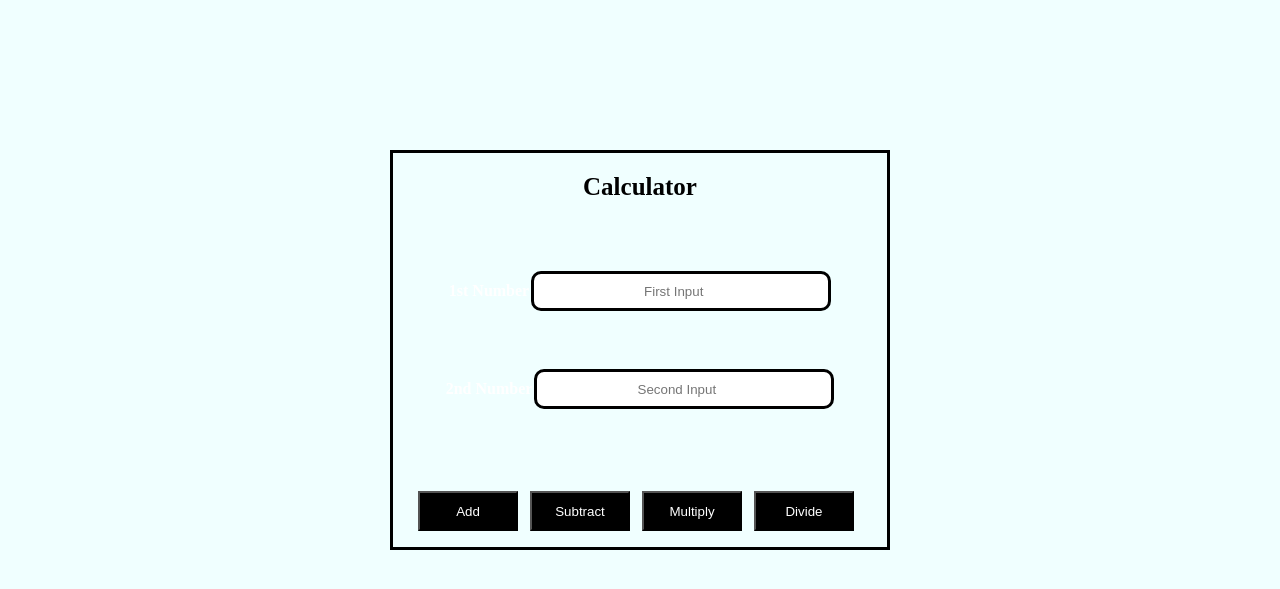
Repository: Shreyash1107/Intern_Projects
Page: Calculator/src/main/webapp/Calculator.html
The author's editor kept a copy of each file at every save. The page is drawn from the files as they stood at one save, then again after the next save.
The browser window is 1280 px wide. The pictures show the whole page.

Above is the page before, as saved 2024-07-03 11:15:40.

After the next save:
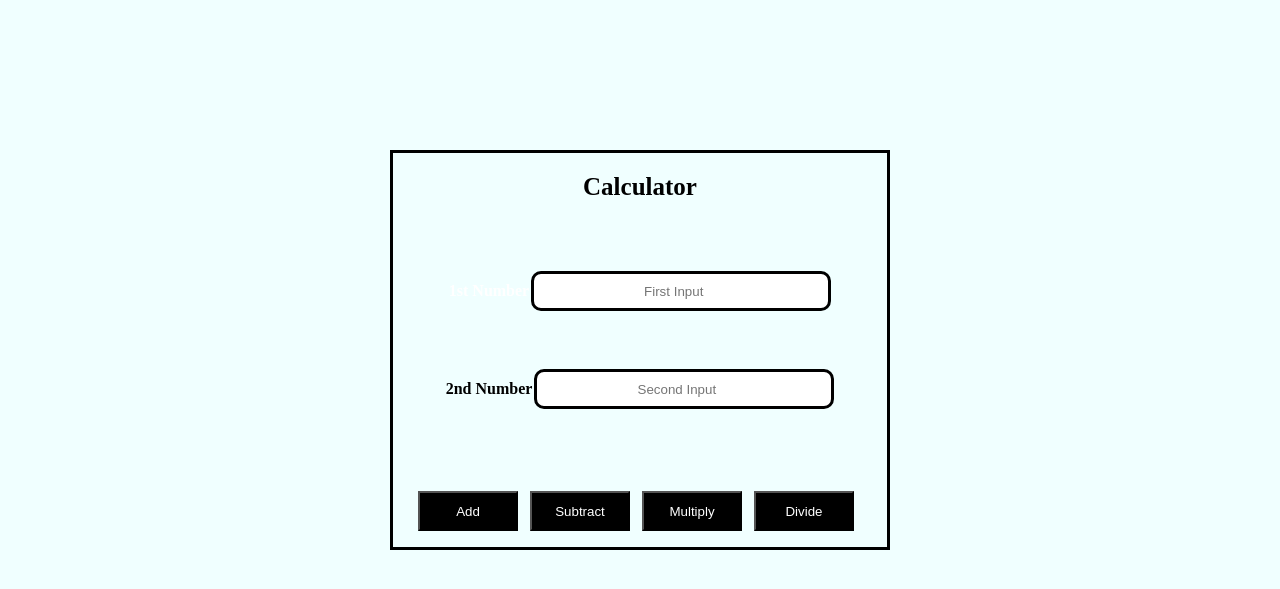
Saved 18 s later.
--- a/Calculator/src/main/webapp/style.css
+++ b/Calculator/src/main/webapp/style.css
@@ -28,7 +28,7 @@ body
 .container tr td
 {
 	font-weight: bold;
-	color: white;
+	color:black;
 }
 .Result
 {
